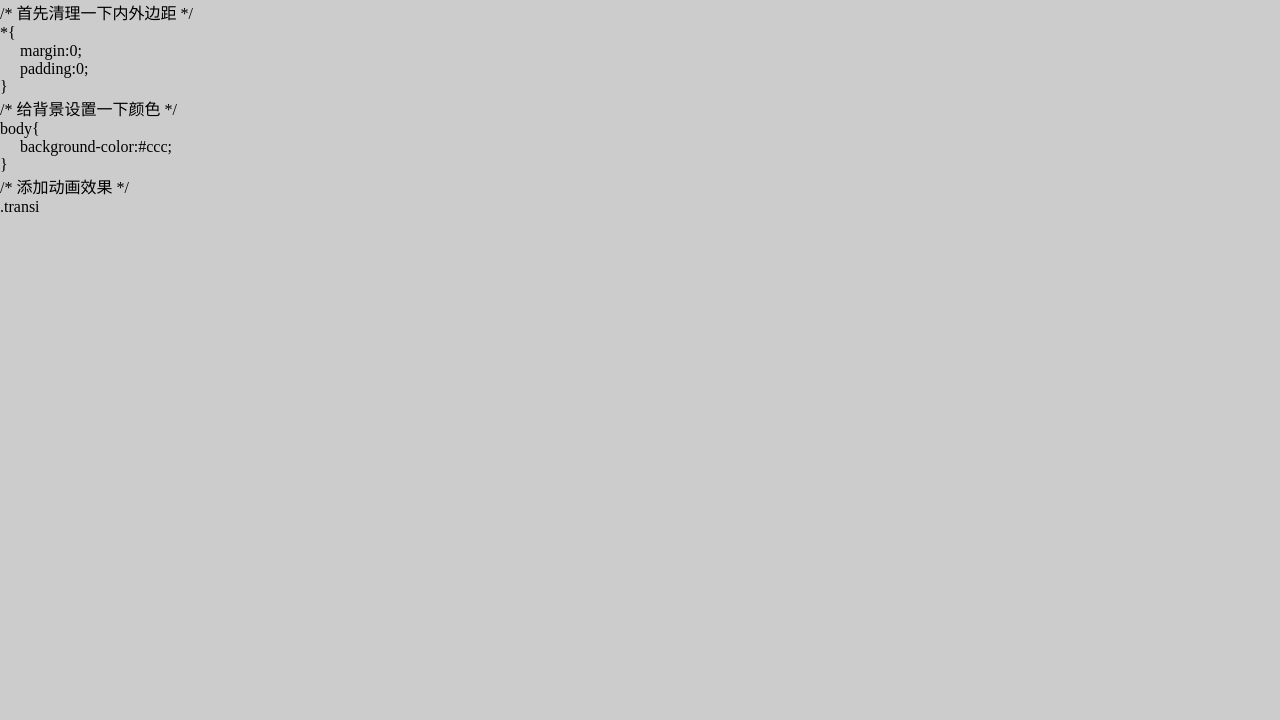
Repository: ScarApocalypse/study
Page: 一些想法/test.html
An editor plug-in stored every save of this project. The page is shown before and after the next save, followed by the edit.
The browser window is 1280 px wide. The pictures show the whole page.

Above is the page before, as saved 2019-08-02 01:07:02.

### 一些想法/test.html
<!DOCTYPE html>
<html lang="en">

<head>
    <meta charset="UTF-8">
    <meta name="viewport" content="width=device-width, initial-scale=1.0">
    <meta http-equiv="X-UA-Compatible" content="ie=edge">
    <title>Document</title>
    <style>
            .box1{
                position: absolute;
                left:0px;
                top:0px;
                /* z-index:-1; */
            }
            .box2{
                position: absolute;
                left:0px;
                top:0px;
                /* z-index:-1; */
            }
           </style>
    <style>
        /* 首先清理一下内外边距 */
        /* 然后画一个div */
        /* 首先画一个红色的球 */
        /* 淦,感觉自己好low啊 */
        .box2{width: 100px;height: 100px;background-color:yellow;top:300px;left:300px;}
        .transition{transition:all 0.5s;}
    </style>

</head>

<body>
    <div id="show"></div>
    <div class="box1 transition">

    </div>
    <div class="box2 transition">

    </div>
    <script>
        var show = document.getElementById('show');
        var style = document.getElementsByTagName('style')[1];
        console.log(style);
        var reg = /[{};]/;
        var str = '/* 首先清理一下内外边距 */*{margin:0;padding:0;}/* 给背景设置一下颜色 */body{background-color:#ccc;}/* 添加动画效果 */.transition{transition:all 0.5s;}/* 首先画一个红色的球 */.box1{width:100px;height:100px;background-color:red;border-radius:50%;position:absolute;top:400px;left:400px;}/* 然后画一个黄色的球 */.box2{width: 100px;height: 100px;background-color:yellow;top:300px;left:300px;border-radius:50%;}/* 淦,感觉自己好low啊 */';
        var styleStr = '';
        var showStr = '';
        // var chat="1";
        var length = str.length;
        var strIndex = 0;
        var timeOut = setInterval(() => {
            if (strIndex == length - 1) {
                console.log(showStr);
                clearInterval(timeOut);

            }
            styleStr += [str[strIndex]];
            showStr += [str[strIndex]];
            if (reg.test(str[strIndex])) {
                showStr += '<br>';
                if ((str[strIndex + 1] != '}') &&(str[strIndex + 1] != '.')&&(str[strIndex + 1]!='/')) {
                    showStr += '&nbsp;&nbsp;&nbsp;&nbsp;&nbsp;'
                }
            }
            if(str[strIndex]=='/'&&str[strIndex-1]=='*'){
                showStr+='<br>';
            }
            // console.log(showStr);
            show.innerHTML = showStr;
            style.innerHTML=styleStr;


            strIndex++;
        }, 50);
    </script>
</body>

</html>

After the next save:
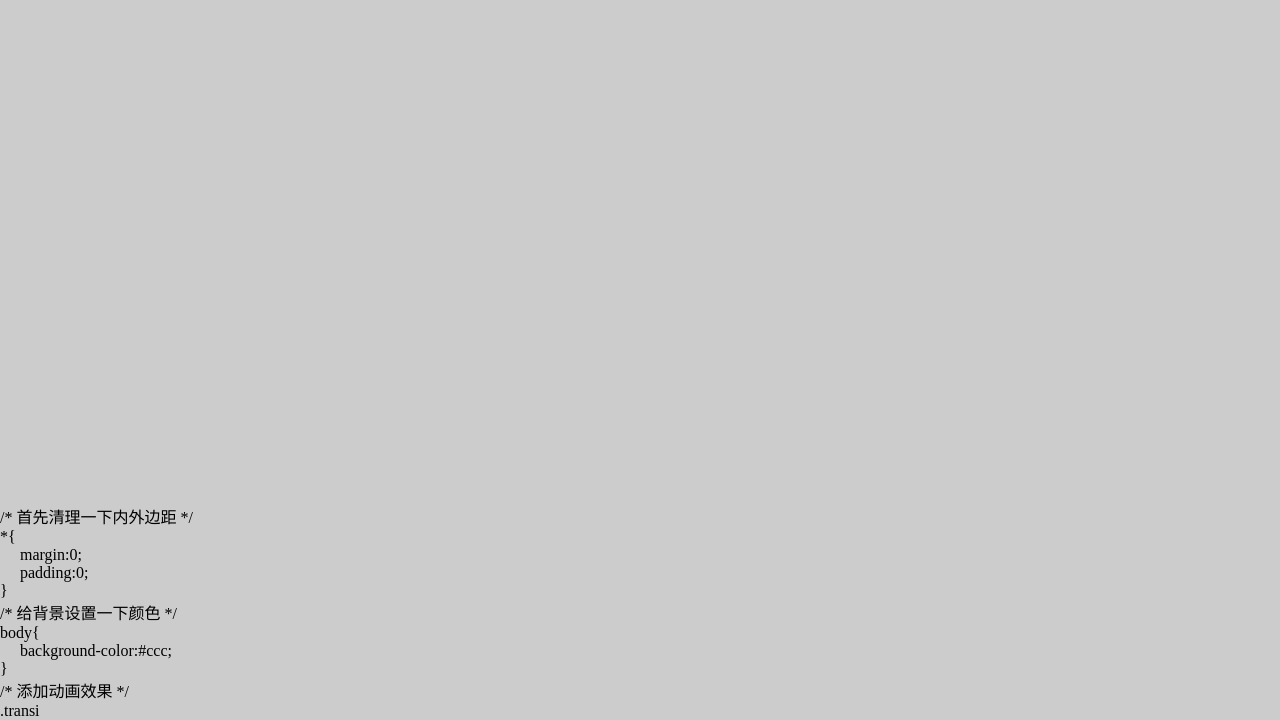
Saved 98 s later.
--- a/一些想法/test.html
+++ b/一些想法/test.html
@@ -7,6 +7,10 @@
     <meta http-equiv="X-UA-Compatible" content="ie=edge">
     <title>Document</title>
     <style>
+            #show{
+                position: absolute;
+                bottom:0;
+            }
             .box1{
                 position: absolute;
                 left:0px;
